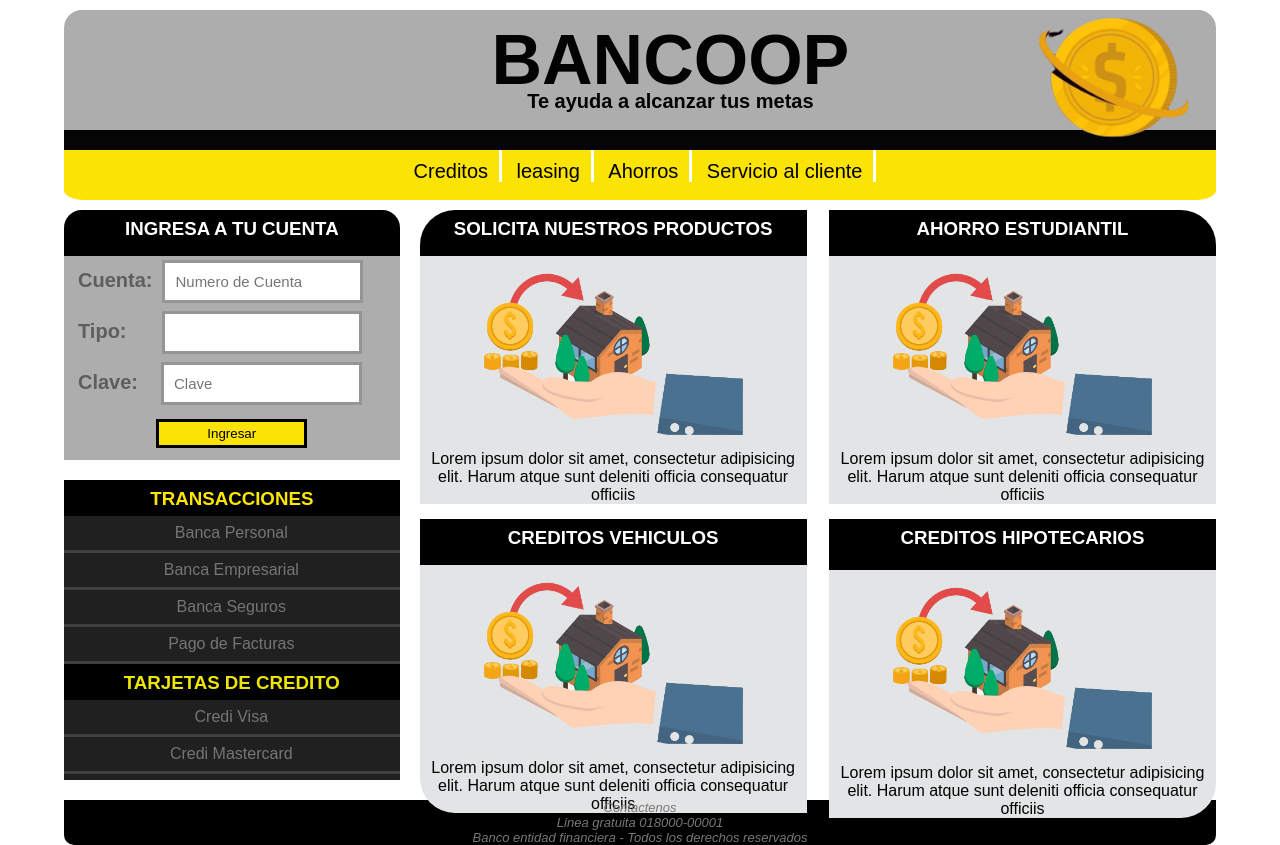
Repository: NickArregoces/BANCOOP
Page: Index.html
An editor plug-in stored every save of this project. The page is shown before and after a run of saves, followed by the edit.
The browser window is 1280 px wide. The pictures show the whole page.

Above is the page before, as saved 2021-10-04 17:49:12.

After the next 3 saves:
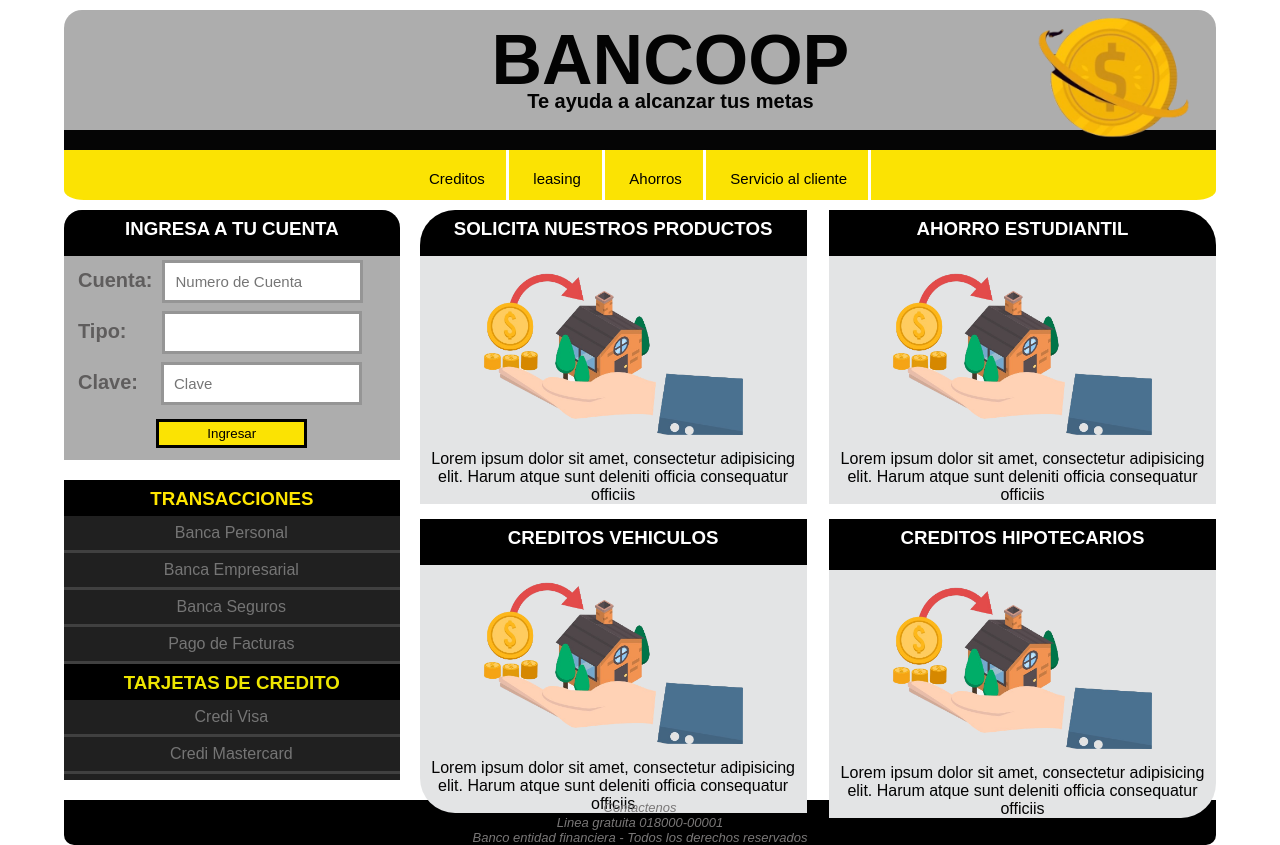
The 3 saves are shown as one change because they came seconds apart.
The last was saved 12 s later.
--- a/CSS/Style.css
+++ b/CSS/Style.css
@@ -57,11 +57,11 @@ div.navegador{
     }
     .menu li a{
         height: 10px;
-        font-size: 20px;
+        font-size: 15px;
         margin-right: 1px;
         text-decoration: none;
         color:black;
-        padding: 10px;
+        padding: 20px;
         display: inline-block;
     }
     .menu li {
